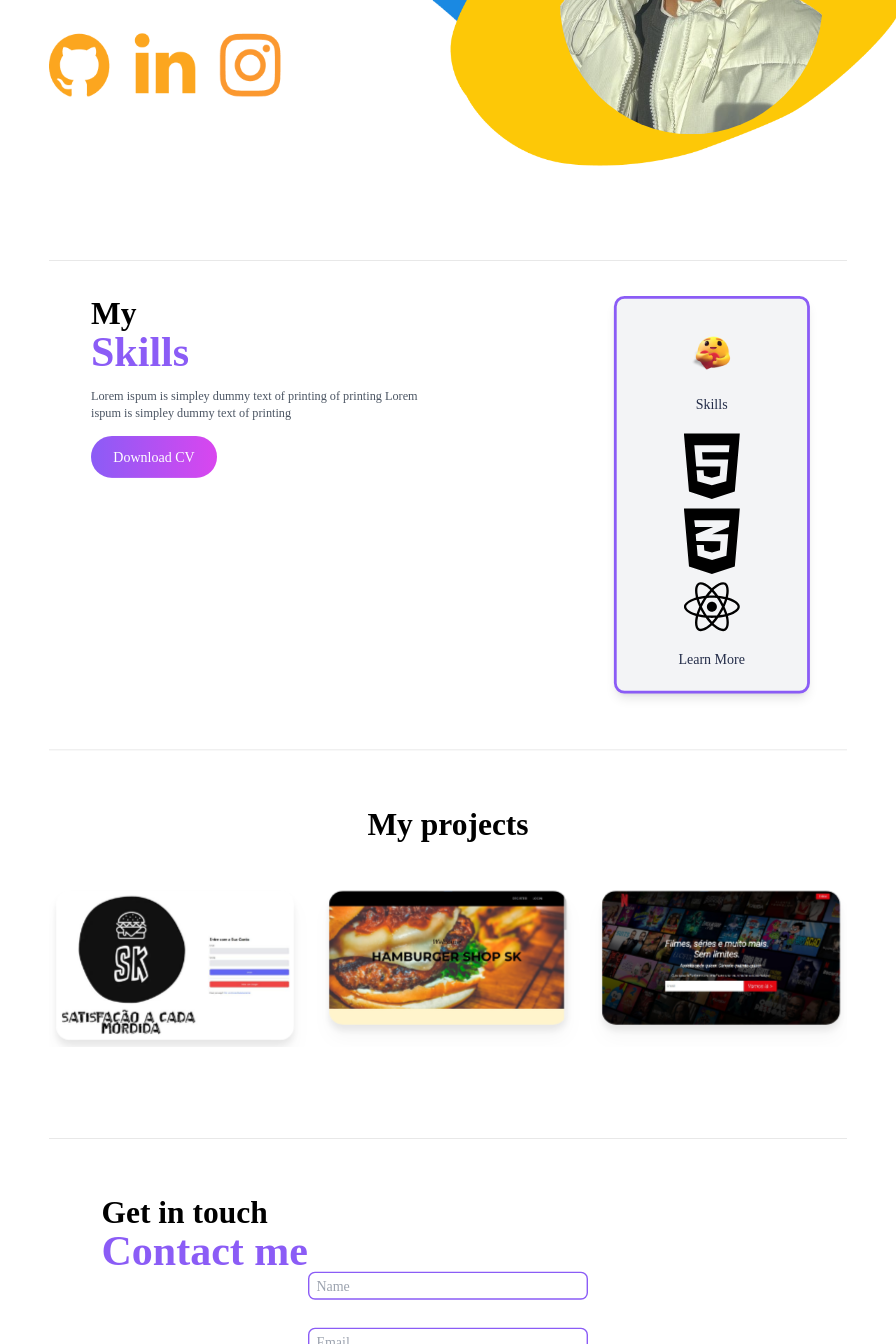
Repository: KennedyWanderson/portfolio
Page: /
These files come from the project's save history. The page is drawn as it stood at one moment and after a run of saves; the edit follows.
The browser window is 1280 px wide. The pictures show the part of the page from y = 464 to 2384 px (the page is 3240 px tall), at 70% of full size.
Some web fonts or font styles are not loaded; a fallback is used. The project was rebuilt for these pictures with package versions that can differ from the ones it lists, and the page was loaded fresh each time. Imported but missing from the stored project, and not drawn on this page: src/Components/Services/Kennedy_CV.pdf.

Above is the page before, as saved 2024-01-26 12:27:54.

### public/index.html
<!DOCTYPE html>
<html lang="en">
  <head>
    <meta charset="utf-8" />
    <link rel="icon" href="%PUBLIC_URL%/favicon.ico" />
    <meta name="viewport" content="width=device-width, initial-scale=1" />
    <meta name="theme-color" content="#000000" />
    <meta
      name="description"
      content="Web site created using create-react-app"
    />

    <style>
      @font-face{
        font-family: Gumela;
        src: url('../src/fonts/*');
      }

      *{
        font-family: 'Gumela';
        font-weight: normal;
        font-size: 20px;
      }
      body{
        margin: 0;
      }
    </style>
    <link rel="apple-touch-icon" href="%PUBLIC_URL%/logo192.png" />
    <!--
      manifest.json provides metadata used when your web app is installed on a
      user's mobile device or desktop. See https://developers.google.com/web/fundamentals/web-app-manifest/
    -->
    <link rel="manifest" href="%PUBLIC_URL%/manifest.json" />
    <!--
      Notice the use of %PUBLIC_URL% in the tags above.
      It will be replaced with the URL of the `public` folder during the build.
      Only files inside the `public` folder can be referenced from the HTML.

      Unlike "/favicon.ico" or "favicon.ico", "%PUBLIC_URL%/favicon.ico" will
      work correctly both with client-side routing and a non-root public URL.
      Learn how to configure a non-root public URL by running `npm run build`.
    -->
    <title>React App</title>
  </head>
  <body>
    <noscript>You need to enable JavaScript to run this app.</noscript>
    <div id="root"></div>
    <!--
      This HTML file is a template.
      If you open it directly in the browser, you will see an empty page.

      You can add webfonts, meta tags, or analytics to this file.
      The build step will place the bundled scripts into the <body> tag.

      To begin the development, run `npm start` or `yarn start`.
      To create a production bundle, use `npm run build` or `yarn build`.
    -->
  </body>
</html>

### src/index.js
import React from 'react';
import ReactDOM from 'react-dom/client';
import './index.css';
import App from './App';
import reportWebVitals from './reportWebVitals';
import { ThemeProvider } from './Context';

const root = ReactDOM.createRoot(document.getElementById('root'));
root.render(
  <ThemeProvider>
    <App />
  </ThemeProvider>

);

// If you want to start measuring performance in your app, pass a function
// to log results (for example: reportWebVitals(console.log))
// or send to an analytics endpoint. Learn more: https://bit.ly/CRA-vitals
reportWebVitals();

### src/index.css
@import 'tailwindcss/base';
@import 'tailwindcss/components';
@import 'tailwindcss/utilities';

:root
{
  --yellow: #F5C32C;
    --orange : #FCA61F;
    --black : #242D49;
    --gray : #788097;
    --blueCard : #DDF8FE;
    --purple: rgb(238 210 255);
    --boxShadow : 0px 19px 60px rgb(0 0 0 / 8%);
    --orangeCard: rgba(252, 166, 31, 0.45);
    --smboxShadow: -79px 51px 60px rgba(0, 0, 0, 0.08);
}

.App{
    overflow: hidden;
    color: var(--black);
}

### src/App.js
import './App.css';
import './index.css'
import Navbar from './Components/Navbar/Navbar';
import About from './Components/About/About';
import Services from './Components/Services/Services';
import Portfolio from './Components/Portfolio/Portfolio';
import Contact from './Components/Contact/Contact';
import Footer from './Components/Footer/Footer';
import { useContext } from 'react';
import { themeContext } from './Context';
import { Divider } from '@mui/material';

function App() {
  const theme = useContext(themeContext)
  const darkMode = theme.state.darkMode;

  return (
    <>
    <div className="App"
    style={{
      background: darkMode? 'black': '',
      color: darkMode? 'white': ''
    }}>

      <Navbar />
      <About />
      <Divider />
      <Services />
      <Divider />
      <Portfolio />
      <Divider />
      <Contact />
    </div>
    <div style={{
      background: darkMode? 'black': '',
      color: darkMode? 'white': ''
    }}>

      <Footer />
    </div>

    </>
  );
}

export default App;

### src/Context.js
import { createContext, useReducer } from "react";

export const themeContext = createContext();

const initialState = {darkMode: false};

const themeReducer = (state, action) => {

    switch(action.type){
        case 'toggle':
            return{darkMode : !state.darkMode};

        default:
            return state;
    }
}
    export const ThemeProvider = (props) => {
        const [state, dispatch] = useReducer(themeReducer, initialState);
        return (
            <themeContext.Provider value={{state, dispatch}}>
                {props.children}
            </themeContext.Provider>
        );
};

### src/App.css
@import 'tailwindcss/base';
@import 'tailwindcss/components';
@import 'tailwindcss/utilities';

:root
{
  --yellow: #F5C32C;
    --orange : #FCA61F;
    --black : #242D49;
    --gray : #788097;
    --blueCard : #DDF8FE;
    --purple: rgb(238 210 255);
    --boxShadow : 0px 19px 60px rgb(0 0 0 / 8%);
    --orangeCard: rgba(252, 166, 31, 0.45);
    --smboxShadow: -79px 51px 60px rgba(0, 0, 0, 0.08);
}

.App{
    padding: 0.5rem 3.5rem;
    overflow: hidden;
    color: var(--black);
}

.button{
  border-radius: 34px;
  border: none;
  color: white;
  font-size: 16px;
  padding: 10px;
}

@media screen and (max-width: 480px) {
    .App{
      padding: 0.5rem 1rem;
    }
}

### src/Components/Navbar/Navbar.jsx
import React from "react";
import Toggle from "../Toggle/Toggle";
import { Link } from 'react-scroll';

const Navbar = () => {
    return (
        <div className="lg:h-[10vh] flex flex-col lg:flex-row justify-between">
            <div className="flex-1 flex items-center gap-8">
                <div className="text-2xl font-bold">Kennedy</div>
                <Toggle />
            </div>
            <div className="lg:flex hidden flex-1 items-center justify-center font-normal">
                <div className="flex-grow-10">
                    <ul className="lg:flex hidden gap-8 mr-32 hover:cursor-grab">
                        <Link spy={true} to='Navbar' smooth={true}>
                            <li className="hover:text-orange-500">Home</li>
                        </Link>
                        <Link spy={true} to='About' smooth={true}>
                            <li className="hover:text-orange-500">About</li>
                        </Link>
                        <Link spy={true} to='Projects' smooth={true}>
                            <li className="hover:text-orange-500">Projects</li>
                        </Link>
                    </ul>
                </div>
                <button className=" rounded-3xl border-none text-white text-base pt-3 p-3 pr-6 pl-6 bg-gradient-to-r from-violet-500 to-fuchsia-500
                hover:cursor-grab bg-white hover:text-orange-500
                ">Contact</button>
            </div>
        </div>
    );
}

export default Navbar;

### src/Components/About/About.jsx
import React, { useContext } from "react";
import Github from '../../img/github.png'
import Instagram from '../../img/instagram.png'
import Linkedin from '../../img/linkedin.png'
import Profile from '../../img/eu.png'
import './About.css'
import Vector1 from '../../img/Vector1.png'
import Vector2 from '../../img/Vector2.png'
import { themeContext } from "../../Context";
import {motion} from 'framer-motion'
import glassesemoji from '../../img/glassesimoji.png'


const About = () => {

    const transition = {duration: 2, type: 'spring'}

    const theme = useContext(themeContext);
    const darkMode = theme.state.darkMode;

    return (
        <div className="lg:flex lg:flex-row flex-col h-[77vh] my-20 about">
            <div className="flex flex-col relative flex-1 gap-8">
                <div className="flex flex-col ">
                    <span style={{color: darkMode? 'white': ''}} className="text-black font-bold text-5xl">Hi! I am</span>
                    <span className="text-violet-500 font-bold text-5xl">Kennedy Wanderson</span>
                    <span>Frontend Developer with high level of experience
                        in web development, producting the Quality work                   </span>
                </div>
                <button className="rounded-3xl	border-none	text-white text-base pt-3 p-3 pr-6 pl-6 bg-gradient-to-r from-violet-500 to-fuchsia-500
                hover:cursor-grab bg-white hover:text-orange-500 w-28 h-8 flex justify-center items-center">Hire me</button>
                <div className="mt-6 flex gap-7 hover:cursor-grab left">
                    <a href="https://github.com/KennedyWanderson">
                        <img src={Github} alt="" />
                    </a>
                    <a href="https://www.linkedin.com/in/kennedy-wanderson/">
                        <img src={Linkedin} alt="" />
                    </a>
                    <a href="https://www.instagram.com/_dev.kennedy/">
                        <img src={Instagram} alt="" />
                    </a>
                </div>
            </div>
            <div className="i-right">
                <img src={Vector1} alt="" />
                <img src={Vector2} alt="" />
                <img className="rounded-full" src={Profile} alt="" />
                <motion.img
                initial={{left: '-46%'}}
                whileInView={{left: '-14%'}}
                transition={transition}
                src={glassesemoji} alt="" />
            </div>
        </div>
    )
}

export default About;

### src/Components/Services/Services.jsx
import React, { useContext } from "react";
import HeartEmoji from '../../img/heartemoji.png'
import Card from "../Card/Card";
import Resume from './Kennedy_CV.pdf'
import './Services.css'
import { themeContext } from "../../Context";
import { motion } from 'framer-motion'
import ReactIimg from '../../img/react.svg'
import HtmlImg from '../../img/html5.svg'
import CssImg from '../../img/css3-alt.svg'
import JavaImg from '../../img/js.svg'

const Services = () => {

    const theme = useContext(themeContext);
    const darkMode = theme.state.darkMode;

    return (

        <div className="pt-0 pb-12 pr-3 pl-12 flex h-[90vh] mt-10 services" id="About">
            <div className="flex flex-col relative">
                <span style={{ color: darkMode ? 'white' : '' }} className="text-black text-4xl font-bold">My </span>
                <span className="text-violet-500 font-bold text-5xl">Skills</span>
                <spane style={{ color: darkMode ? 'white' : '' }} className="text-gray-600 text-sm mt-4">Lorem ispum is simpley dummy text of printing of printing Lorem

                    <br />
                    ispum is simpley dummy text of printing
                </spane>
                <a href={Resume} download>
                    <button className="rounded-3xl	border-none	text-white text-base pt-3 p-3 pr-6 pl-6 bg-gradient-to-r from-violet-500 to-fuchsia-500
                    hover:cursor-grab bg-white hover:text-orange-500 w-36 mt-4">Download CV</button>
                </a>
            </div>
            <div className="relative sm:flex lg:block cards gap-17rem">
                <div className="flex left-56 absolute sm:static lg:absolute">
                    <Card
                        emoji={HeartEmoji}
                        heading={'Skills'}
                        detail={[HtmlImg, CssImg, ReactIimg]}
                    />
                </div>
                <motion.div
                    initial={{ rotate: 45 }}
                    whileInView={{ rotate: 0 }}
                    viewport={{ margin: '-40px' }}
                    transition={{ duration: 3.5, type: 'spriing' }}
                >
                    <div>
                        <img src={[ReactIimg, ReactIimg]} alt="" />
                    </div>
                    <div>

                    </div>
                    <div>

                    </div>
                    <div>

                    </div>

                </motion.div>
            </div>
        </div>
    )
}

export default Services;

### src/Components/Portfolio/Portfolio.jsx
import React, { useContext } from "react";
import {Swiper, SwiperSlide} from 'swiper/react'
import 'swiper/css'
import Admin from '../../img/admin.jpeg'
import Movie from '../../img/movie.jpeg'
import Netflix from '../../img/netflix.jpeg'
import { themeContext } from "../../Context";
import Burguer from '../../img/burguer.jpeg'

const Portfolio = () => {
    const theme = useContext(themeContext);
    const darkMode = theme.state.darkMode;

    return(
        <div className="flex flex-col items-center justify-center h-[70vh] mb-10" id="Projects">
            <span style={{color: darkMode? 'white': ''}} className="text-black font-bold text-4xl">My projects</span>


            <Swiper spaceBetween={30}
            slidesPerView={3}
            grabCursor={true}
            className="overflow-visible w-full mt-12">
                <SwiperSlide className="w-80 p-2">
                    <img className="w-72 drop-shadow-xl rounded-2xl"  src={Admin} alt="" />
                </SwiperSlide>
                <SwiperSlide className="w-80 p-2">
                    <img className="w-72 drop-shadow-xl rounded-2xl" src={Burguer} alt="" />
                </SwiperSlide>
                <SwiperSlide className="w-80 p-2">
                    <img className="w-72 drop-shadow-xl rounded-2xl"  src={Netflix} alt="" />
                </SwiperSlide>
                <SwiperSlide className="w-80 p-2">
                    <img className="w-72 drop-shadow-xl rounded-2xl" src={Movie} alt="" />
                </SwiperSlide>
            </Swiper>
        </div>
    )
}

export default Portfolio;

### src/Components/Contact/Contact.jsx
import React, { useContext, useState } from "react";
import { useRef } from 'react';
import emailjs from '@emailjs/browser';
import { themeContext } from "../../Context";

const Contact = () => {

    const theme = useContext(themeContext);
    const darkMode = theme.state.darkMode;

  const form = useRef();

  const [done, setDone] = useState(false)

  const sendEmail = (e) => {
    e.preventDefault();

    emailjs.sendForm('service_nloztkk', 'template_w0nf8e5', form.current, 'l4pVECB3jFJ-edbZo')
      .then((result) => {
          console.log(result.text);
          setDone(true)
      }, (error) => {
          console.log(error.text);
      });
  };

    return(
        <div className="lg:flex flex-col m-3 pt-0 pr-12 pb-0 pl-12 mt-16 flex h-[80vh]">
            <div>
                <div className="flex flex-col">
                    <span style={{color: darkMode? 'white': ''}} className="text-black font-bold text-4xl">Get in touch</span>
                    <span className="text-violet-500 font-bold text-5xl">Contact me</span>
                </div>
            </div>

            <div className="flex justify-center relative flex-1">
                <form ref={form} onSubmit={sendEmail} className="flex flex-col gap-8 items-center" action="">
                    <input type="text" name="user_name" className=" w-80 h-8 p-2 outline-none border-2 border-violet-500 rounded-lg text-base" placeholder="Name" />
                    <input type="email" name="user_email" className="w-80 h-8 p-2 outline-none border-2 border-violet-500 rounded-lg text-base" placeholder="Email" />
                    <textarea  name="message" className="h-16 w-80 p-2 outline-none border-2 border-violet-500 rounded-lg text-base" placeholder="Message" />
                    <input type="submit" value="Send" className="rounded-3xl border-none text-white text-base pt-3 p-3 pr-6 pl-6 bg-gradient-to-r from-violet-500 to-fuchsia-500
                    hover:cursor-grab bg-white hover:text-orange-500 w-32 mt-4" />
                    <span className="text-center text-green-500 font-bold text-xl">{done && "Thanks for contacting me!"}</span>
                </form>
            </div>
        </div>
    )
}

export default Contact;

### src/Components/Footer/Footer.jsx
import React from "react";
import Wave from '../../img/wave.png'
import Insta from '@iconscout/react-unicons/icons/uil-instagram'
import Git from '@iconscout/react-unicons/icons/uil-github'
import Linkedin from '@iconscout/react-unicons/icons/uil-linkedin'

const Footer = () => {
    return(
        <div className=" flex items-center mt-[-0.5rem] mb-[-3.5rem] relative">
            <img src={Wave} alt="" style={{width: '100%'}}/>
            <div className="sm:scale-50 flex flex-col items-center justify-center absolute w-full mt-16 gap-16 text-white">
                <span>devprogrammer.wiz@gmail.com</span>
                <div className="flex gap-8">
                    <Insta color='white' size='3rem' />
                    <Git color='white' size='3rem' />
                    <Linkedin color='white' size='3rem' />
                </div>
            </div>
        </div>
    )
}

export default Footer;

### src/Components/Toggle/Toggle.jsx
import React, { useContext } from "react";
import Sun from '@iconscout/react-unicons/icons/uil-sun'
import Moon from '@iconscout/react-unicons/icons/uil-moon'
import { themeContext } from "../../Context";

const Toggle = () => {

    const theme = useContext(themeContext);
    const darkMode = theme.state.darkMode;
    const handleClick = () => {
        theme.dispatch({type: 'toggle'})
    }

    return (
        <div onClick={handleClick} className="flex items-center justify-between rounded-full m-1 border-2 border-violet-500 relative cursor-grab
        w-14 h-7 text-violet-500">
                <Moon />
                <Sun />
            <div className="rounded-full p-[6.5px] absolute bg-violet-500 border-4 border-violet-500"
                style = {darkMode? {left: '2px'} : {right : '2px'}}>
            </div>
        </div>
    )
}

export default Toggle;

### src/Components/About/About.css
.i-right{
    flex: 1;
    position: relative;
}

.i-right>*{
    position: absolute;
    z-index: 1;
}

.i-right>:nth-child(1){
    transform: scale(1.2);
    left: -5%;
    top: -9%;
}
    .i-right>:nth-child(2){
        top: -4.6%;
        transform: scale(1.2);
        left: 3rem;
    }
    .i-right>:nth-child(3){
    transform: scale(1.0);
    left: 28%;
}

@media screen and (max-width: 480px){
    .about {
    flex-direction: column;
    gap: 8rem;
    height: 50rem;
  }

  .left{

    margin-bottom: 50px;
    gap: 4rem;
  }

  .i-right>:nth-child(1){
    transform: scale(0.8);
    left: 0%;
    top: 0%;
}
    .i-right>:nth-child(2){
        transform: scale(0.8);
        left: 0rem;
    }
    .i-right>:nth-child(3){
    transform: scale(0.6);
    left: 0%;

}
.i-right>:nth-child(4){
    transform: scale(0.5);
}
}

### src/Components/Card/Card.jsx
import React from "react";
import '../../App.css'

const Card = ({ emoji, heading, detail }) => {
    return (
        <div className="card w-56 absolute flex flex-col gap-4 items-center text-center bg-gray-100
        rounded-xl border-4 border-violet-500 shadow-lg pt-0 pr-7 pb-6 pl-7">
            <img className="scale-50 mb-[-2rem]" src={emoji} alt="" />
            <span>{heading}</span>
            <div className="images-container">
                {detail.map((img, index) => (
                    <img key={index} className="flex text-gray-500 text-base w-16" src={img} alt={`Image ${index + 1}`} />
                ))}
            </div>
            <button>Learn More</button>
        </div>
    )
}

export default Card;

### src/Components/Services/Services.css
@media screen and (max-width: 480px) {
    .services {
      margin-top: 0;
      flex-direction: column;
      gap: 5rem;
      height: 66rem;
      padding: 0;
    }

    .cards {
      display: flex;
      flex-direction: column;
      gap: 17rem;
    }
    .cards > * {
      position: static;
    }
  }

Loaded but not shown: src/reportWebVitals.js (common file); tailwind.config.js (common file)

After the next 3 saves:
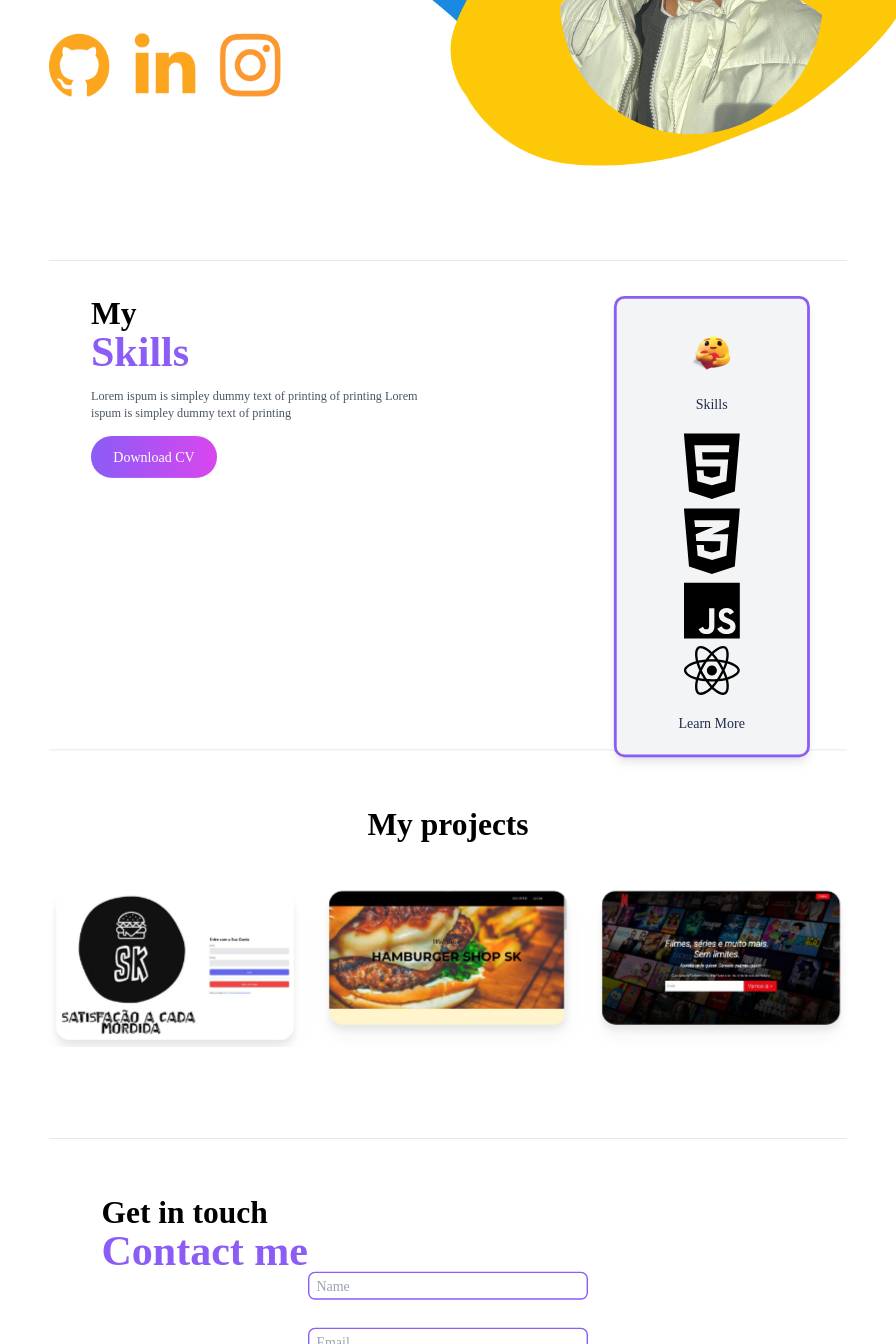
The 3 saves are shown as one change because they came seconds apart.
The last was saved 12 s later.
--- a/src/Components/Services/Services.jsx
+++ b/src/Components/Services/Services.jsx
@@ -36,7 +36,7 @@ const Services = () => {
                     <Card
                         emoji={HeartEmoji}
                         heading={'Skills'}
-                        detail={[HtmlImg, CssImg, ReactIimg]}
+                        detail={[HtmlImg, CssImg, JavaImg, ReactIimg]}
                     />
                 </div>
                 <motion.div
